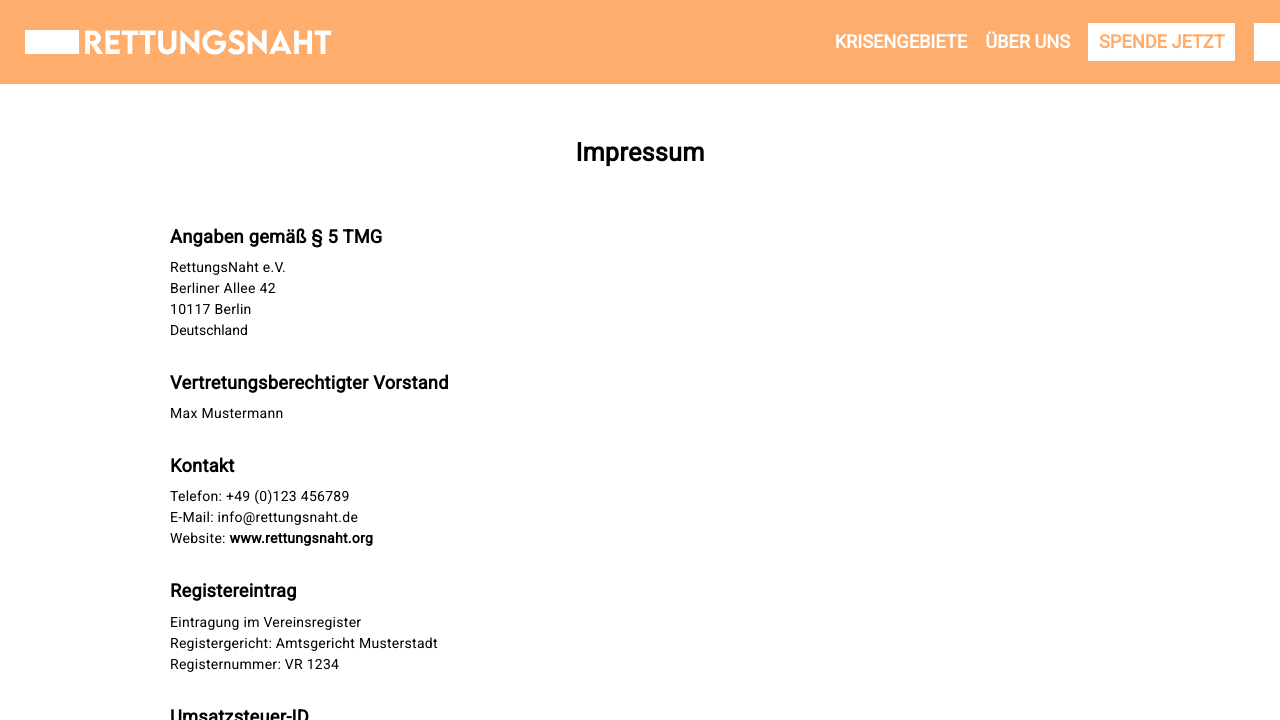
Repository: chriZVee/rettungsnaht
Page: /imprint
The author's editor kept a copy of each file at every save. The page is drawn from the files as they stood at one save, then again after the next save.
The browser window is 1280 px wide. The pictures show the whole page.
An inner scrolling area shows only its first screen. The project was rebuilt for these pictures with package versions that can differ from the ones it lists, and the page was loaded fresh each time. Also part of the build but not shown: vite.config.js, src/index.css, src/styles/hero.css, src/components/Hero.jsx, src/styles/form.css, src/components/form/AreaSelection.jsx, src/components/form/ContactData.jsx, src/components/form/DonationMethod.jsx and 17 more.

Above is the page before, as saved 2025-04-17 14:52:40.

### index.html
<!doctype html>
<html lang="en">

<head>
  <meta charset="UTF-8" />
  <link rel="icon" type="image/svg+xml" href="/vite.svg" />
  <meta name="viewport" content="width=device-width, initial-scale=1.0" />
  <link href="https://fonts.googleapis.com/css2?family=Roboto&display=swap" rel="stylesheet">
  <title>RETTUNGSNAHT e.V.</title>
</head>

<body>
  <div id="root"></div>
  <script type="module" src="/src/main.jsx"></script>
</body>

</html>

### src/App.jsx
import { BrowserRouter as Router, Routes, Route } from "react-router-dom";
import "./App.css";
import "./styles/global.css";
import Home from "./pages/Home";
import Confirmation from "./pages/Confirmation";
import Imprint from "./pages/Imprint";
import PrivacyPolicy from "./pages/PrivacyPolicy";

export default function App() {
  return (
    <Router>
      <Routes>
        <Route path="/" element={<Home />} />
        <Route path="/confirmation" element={<Confirmation />} />
        <Route path="/imprint" element={<Imprint />} />
        <Route path="/privacy-policy" element={<PrivacyPolicy />} />
      </Routes>
    </Router>
  );
}

### src/App.css
/* APP */
#root {
  margin: 0 auto;
}

img.seam-form {
  position: absolute;
  bottom: -4em;
  left: 0em;
  width: 120%;
  z-index: 2;
}

### src/styles/global.css
/* GLOBAL */

:root {
  /* Colors */
  --highlight: #ffad6d;
  --link-hover: #ffad6d;
  --text: #000;
  --button-unchecked: #f2f2f2;
  --button-checked: #ffad6d;
  --button-text: #fff;
  --h2: #000;
  --lightGrey: #f2f2f2;
  --warning: #ff4000;

  /* Font - not in use yet */
  --font-small: 0.8rem;
  --font-base: 1rem;
  --font-medium: 1.3rem;
  --font-ml: 1.5rem;
  --font-large: 1.8rem;
  --font-xl: 2.4rem;
  --font-xxl: 4.8rem;
  --font-h2: 2.1rem;
  --font-h1: 2.6rem;
  --font-button: 1rem;

  line-height: 1.5;
  width: auto;
}

* {
  box-sizing: border-box;
}

body,
html {
  font-size: 14px;
  font-family: "Roboto", "Segoe UI", "Helvetica Neue", sans-serif;
  background-color: white;
  /* margin reset */
  margin: 0;
  max-width: 100%;
  width: 100%;
  overflow-x: hidden;
  height: 100%;
}

@media (max-width: 480px) {
  html {
    width: fit-content;
  }
}

.header,
.footer,
.content {
  width: 100%;
}

h1,
.page-title {
  font-size: var(--font-h1);
  text-align: center;
  padding: 1.5em 0;
  font-weight: bold;
}

@media (max-width: 1440px) {
  h1,
  .page-title {
    padding: 2em 0.5em;
    font-size: var(--font-large);
  }
}

@media (max-width: 768px) {
  h1,
  .page-title {
    padding: 2em 0.5em 1.5em;
    font-size: var(--font-ml);
  }
}

h2 {
  font-size: var(--font-h2);
  font-weight: bold;
}

@media (max-width: 480px) {
  h2 {
    font-size: var(--font-ml);
  }
}

/* Margin Reset */
p,
h1,
h2 {
  margin: 0;
  letter-spacing: 0.02rem;
}
ul {
  padding: 0px;
}

img {
  max-width: 100%;
  height: auto;
  display: block;
}

a {
  color: white;
  text-decoration: none;
  font-weight: bold;
}

/* Centered Containers */
/* Large Desktops */
.container {
  max-width: 1440px;
  display: flex;
  flex-direction: column;
  margin: 0 auto;
}

@media (max-width: 1440px) {
  .container {
    width: 100%;
    max-width: 1200px;
  }
}

@media (max-width: 1280px) {
  .container {
    width: 100%;
    max-width: 1024px;
    padding: 0 3rem;
  }
}

/* Laptop/Tablet */
@media (max-width: 1024px) {
  .container {
    max-width: 960px;
    padding: 0 2rem;
  }
}

/* Tablet */
@media (max-width: 768px) {
  .container {
    max-width: 720px;
    padding: 0 1rem;
  }
}

/* Smartphone */
@media (max-width: 480px) {
  .container {
    max-width: 100%;
    padding: 0 0.75rem;
  }
}

/* Fieldset reset */
fieldset {
  border: none;
  padding: 0;
  margin: 0;
  min-inline-size: unset;
}

/* Hide elements */
.hidden {
  display: none !important;
}

@media (max-width: 768px) {
  .hide-on-mobile {
    display: none;
  }
}

.button {
  display: flex;
  padding: 0.5em 0.8em;
  background-color: var(--button-checked);
  cursor: pointer;
  font-weight: normal;
  transition: all 0.2s ease;
  font-size: var(--font-button);
  text-align: center;
  border: none;
  color: white;
}

.buttonized .deco {
  cursor: default;
}

.capitalize {
  text-transform: capitalize;
}

### src/pages/Imprint.jsx
import Page from "../components/Page";
import org from "../data/org";
import "../styles/imprint.css";

export default function Imprint() {
  return (
    <>
      <Page>
        <section className="imprint container">
          <h1>Impressum</h1>
          <div className="imprint-block">
            <h2>Angaben gemäß § 5 TMG</h2>
            <p>{org.officialName}</p> <p>{org.address}</p>
            <p>
              {org.zip} {org.city}
            </p>
            Deutschland
          </div>

          <div className="imprint-block">
            <h2>Vertretungsberechtigter Vorstand</h2>
            <p>{org.chairman}</p>
          </div>

          <div className="imprint-block">
            <h2>Kontakt</h2>
            <p>Telefon: {org.tel}</p>
            <p>
              E-Mail: {org.email}
              <a href={`mailto: ${org.email}`}></a>
            </p>
            <p>
              <span>Website: </span>
              <a href={org.url} target="_blank" rel="noopener noreferrer">
                {org.url}
              </a>
            </p>
          </div>

          <div className="imprint-block">
            <h2>Registereintrag</h2>
            <p>Eintragung im Vereinsregister</p>
            <p>Registergericht: Amtsgericht Musterstadt</p>
            <p>Registernummer: VR 1234</p>
          </div>

          <div className="imprint-block">
            <h2>Umsatzsteuer-ID</h2>
            <p>USt-IdNr.: {org.ustId}</p>
          </div>

          <div className="imprint-block">
            <h2>Verantwortlich für den Inhalt nach § 55 Abs. 2 RStV</h2>
            <p>{org.chairman}</p>
            <p>{org.address}</p>
            <p>
              {org.zip} {org.city}
            </p>
          </div>

          <div className="imprint-block">
            <h2>Haftung für Inhalte und Links</h2>
            <p>
              Trotz sorgfältiger inhaltlicher Kontrolle übernehmen wir keine
              Haftung für die Inhalte externer Links. Für den Inhalt der
              verlinkten Seiten sind ausschließlich deren Betreiber
              verantwortlich.
            </p>
          </div>

          <div className="imprint-block">
            <h2>Online-Streitbeilegung</h2>
            <p>
              Die Europäische Kommission stellt eine Plattform zur
              Online-Streitbeilegung (OS) bereit:{" "}
              <a
                href="https://ec.europa.eu/consumers/odr"
                target="_blank"
                rel="noopener noreferrer"
              >
                https://ec.europa.eu/consumers/odr
              </a>
            </p>
          </div>
        </section>
      </Page>
    </>
  );
}

### src/components/Page.jsx
import Header from "./Header";
import Footer from "./Footer";
import "../styles/page.css";

export default function Page({ children }) {
  return (
    <div className="page">
      <Header />
      <div className="content wrapper">
        <div className="page-content">{children}</div>
      </div>
      <Footer />
    </div>
  );
}

### src/data/org.js
/* Company Information */
const org = {
  officialName: "RettungsNaht e.V.",
  name: "RettungsNaht",
  address: "Berliner Allee 42",
  zip: "10117",
  city: "Berlin",
  email: "info@rettungsnaht.de",
  url: "www.rettungsnaht.org",
  tel: "+49 (0)123 456789",
  ustId: "DE123456789",
  chairman: "Max Mustermann",
};

export default org;

### src/styles/imprint.css
/* Imprint */

section.imprint {
  padding-bottom: 4.5rem;
}

.imprint-block h2 {
  font-size: var(--font-medium);
  padding: 2rem 0 0.5rem 0;
}

.imprint-block:first-of-type h2 {
  padding-top: 0rem;
}

.imprint-block a {
  color: black;
}

### src/components/Header.jsx
import { Link } from "react-router-dom";
import "../styles/header.css";
import rnLogo from "../assets/rn-logo-white.svg";

function Header() {
  return (
    <header className="header container">
      <Link to="/">
        <img
          src={rnLogo}
          className="header-image"
          alt="RettungsNaht Logo"
        ></img>
      </Link>
      <nav className="nav">
        <ul className="nav-bar">
          <li>
            <Link to="/#crisis-area-section">Krisengebiete</Link>
          </li>
          <li>
            <Link to="/#about-section">Über uns</Link>
          </li>
          <li className="buttonized">
            <Link to="/#donation-form">Spende jetzt</Link>
          </li>
          <li className="buttonized deco">&nbsp;</li>
        </ul>
      </nav>
    </header>
  );
}

export default Header;

### src/components/Footer.jsx
import org from "../data/org";
import "../styles/footer.css";
import { Link } from "react-router-dom";

export default function Footer() {
  return (
    <section className="footer container">
      <div className="footer-link-container">
        <ul className="small-gap">
          <li className="buttonized deco">&nbsp;</li>
          <li className="buttonized">
            <Link to="/#donation-form">Spende jetzt</Link>
          </li>
        </ul>
      </div>
      <div className="footer-link-container lh-small">
        <ul>
          <li>
            <Link to="/imprint">Impressum</Link>
          </li>
          <li>
            <Link to="/privacy-policy">Datenschuterklärung</Link>
          </li>
        </ul>
      </div>
      <div className="copyright-container">
        <p className="copyright-note">© 2025 {org.officialName}</p>
      </div>
    </section>
  );
}

### src/styles/page.css
/* Page */

.page .page-content {
  display: flex;
  flex-direction: column;
  min-height: 100vh;
}

.page .content {
  flex: 1;
}

### src/styles/header.css
/* Header */

.header {
  background-color: var(--highlight);
  display: flex;
  flex-direction: row;
  align-items: center;
  justify-content: space-between;
  padding: 1em 0 1em 25px;
  max-width: none;
  max-height: 84px;
}

@media (max-width: 1024px) {
  .header {
    flex-direction: column;
    max-height: none;
    padding: 1.5em 1em 0.5em 1em;
  }
}

.nav-bar {
  display: flex;
  justify-content: space-between;
  align-items: center;
  gap: 1em;
  list-style: none;
  text-transform: uppercase;
  font-size: var(--font-medium);
  text-align: center;
}
@media (max-width: 1024px) {
  .nav-bar {
    font-size: var(--font-small);
  }
}
@media (max-width: 768px) {
  .nav-bar {
    font-size: var(--font-small);
  }
}
@media (max-width: 480px) {
  .nav-bar {
    justify-content: space-evenly;
    gap: 1em;
    font-size: var(--font-small);
    flex-wrap: wrap;
  }
}

.nav-bar li.buttonized {
  background-color: white;
  color: var(--highlight);
  padding: 0.3em 0.6em;
}

.nav-bar li.buttonized a {
  color: var(--highlight);
}

@media (max-width: 480px) {
  .header li.deco {
    display: none;
  }
}

### src/styles/footer.css
/* FOOTER */

section.footer {
  display: flex;
  flex-direction: row;
  align-content: center;
  justify-content: center;
  padding: 2em 0 2.5em 0;
  max-width: none;
  max-height: 136px;
  background-color: var(--highlight);
  column-gap: 4.5em;
  row-gap: 1em;
  flex-wrap: wrap;
  font-size: var(--font-base);
}

section.footer .copyright-container {
  flex-basis: 100%;
  display: flex;
  align-content: center;
  justify-content: center;
}

.footer .copyright-note {
  color: white;
  font-size: var(--font-base);
}

.footer-link-container {
  display: flex;
  align-content: center;
  justify-content: center;
  flex-wrap: wrap;
}

.footer-link-container ul {
  display: flex;
  flex-direction: row;
  align-content: center;
  justify-content: center;
  gap: 4em;
  flex-wrap: wrap;
}

.footer li {
  display: inline-block;
}

.footer-link-container li.buttonized {
  background-color: white;
  padding: 0.3em 0.6em;
}

.footer-link-container li.buttonized a {
  color: var(--highlight);
}

.footer .small-gap {
  display: flex;
  gap: 1em;
}

@media (max-width: 768px) {
  .footer-link-container ul {
    gap: 1em;
  }
  section.footer {
    justify-content: center;
    max-height: none;
    gap: 1em 1.5em;
  }
}

@media (max-width: 480px) {
  section.footer {
    justify-content: center;
    max-height: none;
    column-gap: 1em;
    row-gap: 0;
  }
}

Loaded but not shown: src/main.jsx (common file)

After the next save:
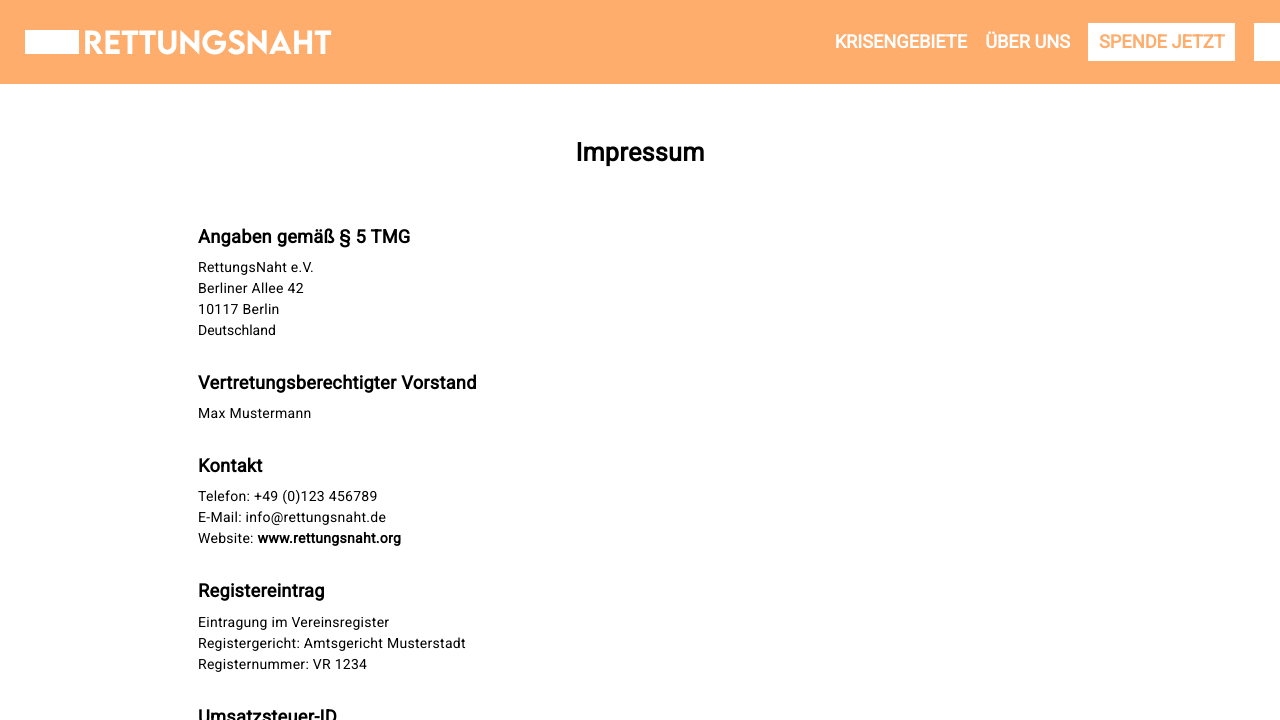
Saved 25 s later.
--- a/src/styles/imprint.css
+++ b/src/styles/imprint.css
@@ -2,6 +2,10 @@
 
 section.imprint {
   padding-bottom: 4.5rem;
+}
+
+.imprint-block {
+  padding: 0 2rem 0rem 2rem;
 }
 
 .imprint-block h2 {
